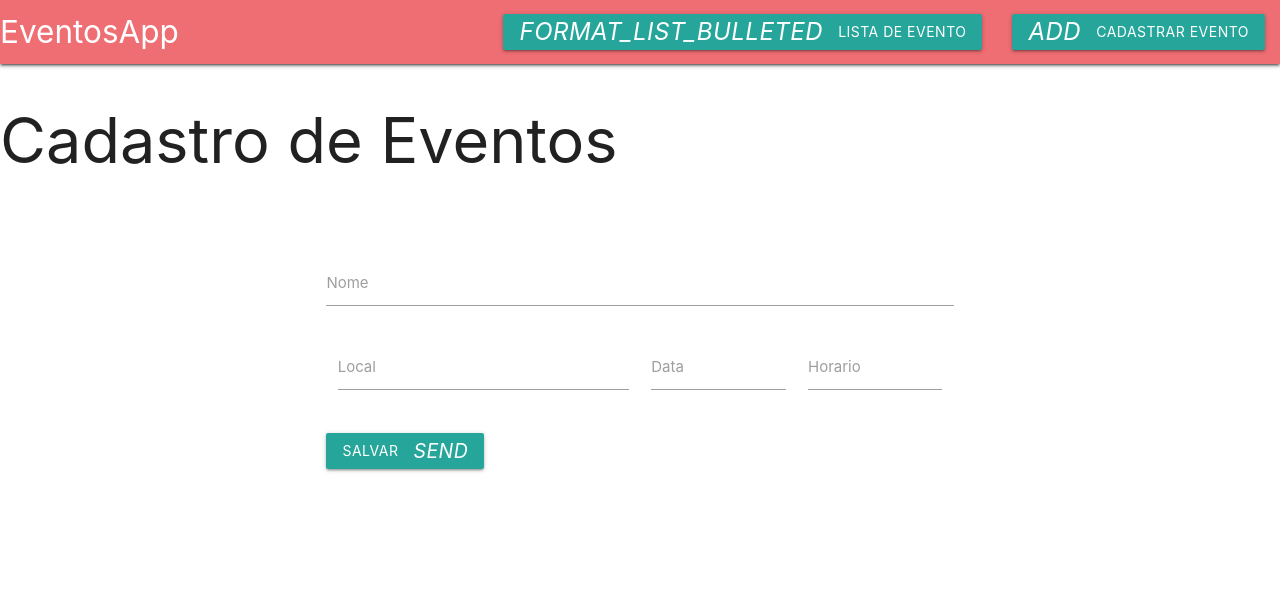
Repository: CaioCoutodePrograma/Eventosapp
Page: http://localhost/evento/formEvento
An editor plug-in stored every save of this project. The page is shown before and after the next save, followed by the edit.
The browser window is 1280 px wide. The pictures show the whole page.
The page is this project's Thymeleaf template; nobody is signed in. The template is opened directly, without the code that normally fills it, so the values that code supplies are empty.

Above is the page before, as saved 2020-03-02 23:39:31.

After the next save:
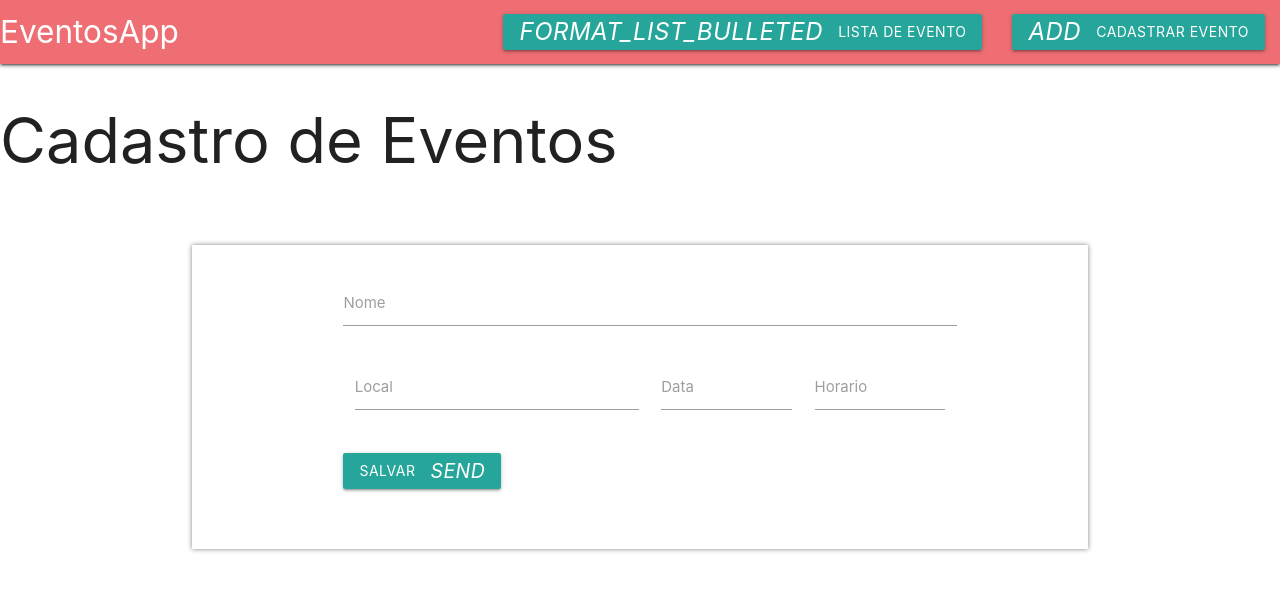
Saved 21 s later.
--- a/eventoapp/eventoapp/src/main/resources/static/style/style.css
+++ b/eventoapp/eventoapp/src/main/resources/static/style/style.css
@@ -15,5 +15,8 @@
 	width: 45%;
 }
 .formEvento{
-
+	box-shadow: 0px 0px 5px grey;
+	padding-top: 20px;
+	padding-left: 20px;
+	padding-bottom: 60px;
 }
